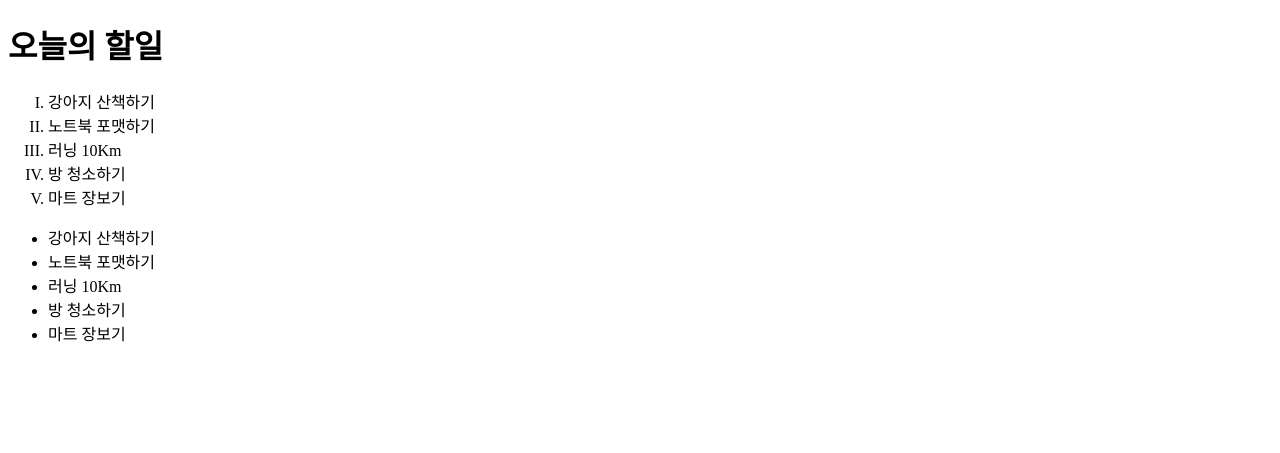
Repository: HongTaeHun337/HTML-CSS-JavaScript-
Page: html/HtmlTest/src/main/webapp/ex09_list.html
An editor plug-in stored every save of this project. The page is shown before and after the next save, followed by the edit.
The browser window is 1280 px wide. The pictures show the whole page.

Above is the page before, as saved 2026-02-13 01:21:49.

### html/HtmlTest/src/main/webapp/ex09_list.html
<!DOCTYPE html>
<html>
<head>
<meta charset="UTF-8">
<title>Insert title here</title>
</head>
<body>
	<!-- ex09_list.html -->
	<!--

		List, 목록

		1. <ol> + <li>
			- <ol>, Ordered List, 순서가 있는 목록
			- <li>, List Item, 항목

		2. <ul> + <li>
			- <ul>, Unordered List, 순서가 없는 목록
			- <li>, List Item, 항목

		3. <dl> + <dt> + <dd>


	 -->

	 <h1>오늘의 할일</h1>

	 <ol type = "I">
	 	<li>강아지 산책하기</li>
	 	<li>노트북 포맷하기</li>
	 	<li>러닝 10Km</li>
	 	<li>방 청소하기</li>
	 	<li>마트 장보기</li>
	 </ol>

	  <ul>
	 	<li>강아지 산책하기</li>
	 	<li>노트북 포맷하기</li>
	 	<li>러닝 10Km</li>
	 	<li>방 청소하기</li>
	 	<li>마트 장보기</li>
	 </ul>

</body>
</html>

After the next save:
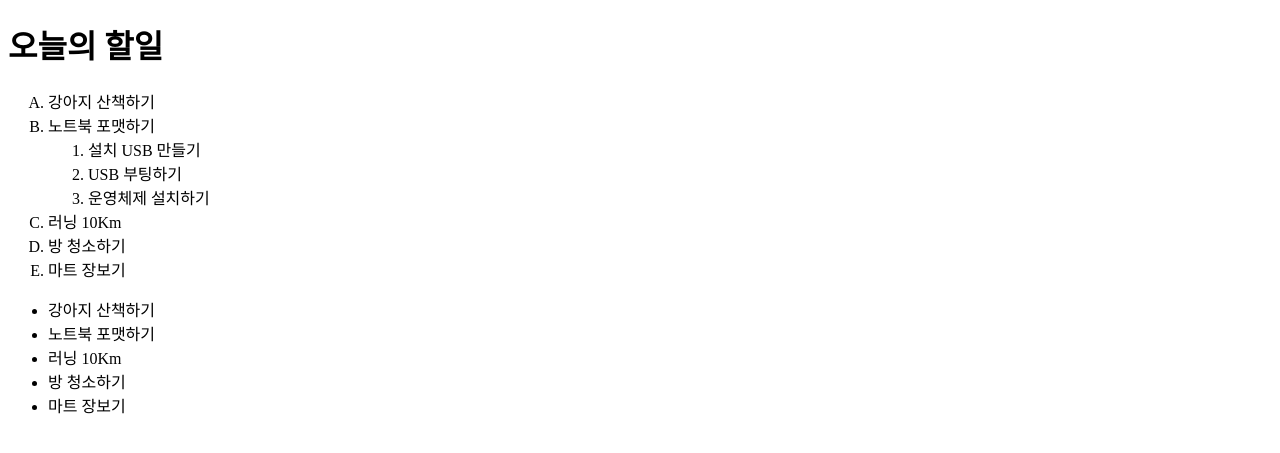
Saved 90 s later.
--- a/html/HtmlTest/src/main/webapp/ex09_list.html
+++ b/html/HtmlTest/src/main/webapp/ex09_list.html
@@ -25,9 +25,16 @@
 
 	 <h1>오늘의 할일</h1>
 
-	 <ol type = "I">
+	 <ol type = "A">
 	 	<li>강아지 산책하기</li>
-	 	<li>노트북 포맷하기</li>
+	 	<li>
+	 		노트북 포맷하기
+	 		<ol>
+	 			<li>설치 USB 만들기</li>
+	 			<li>USB 부팅하기</li>
+	 			<li>운영체제 설치하기</li>
+	 		</ol>
+	 	</li>
 	 	<li>러닝 10Km</li>
 	 	<li>방 청소하기</li>
 	 	<li>마트 장보기</li>
